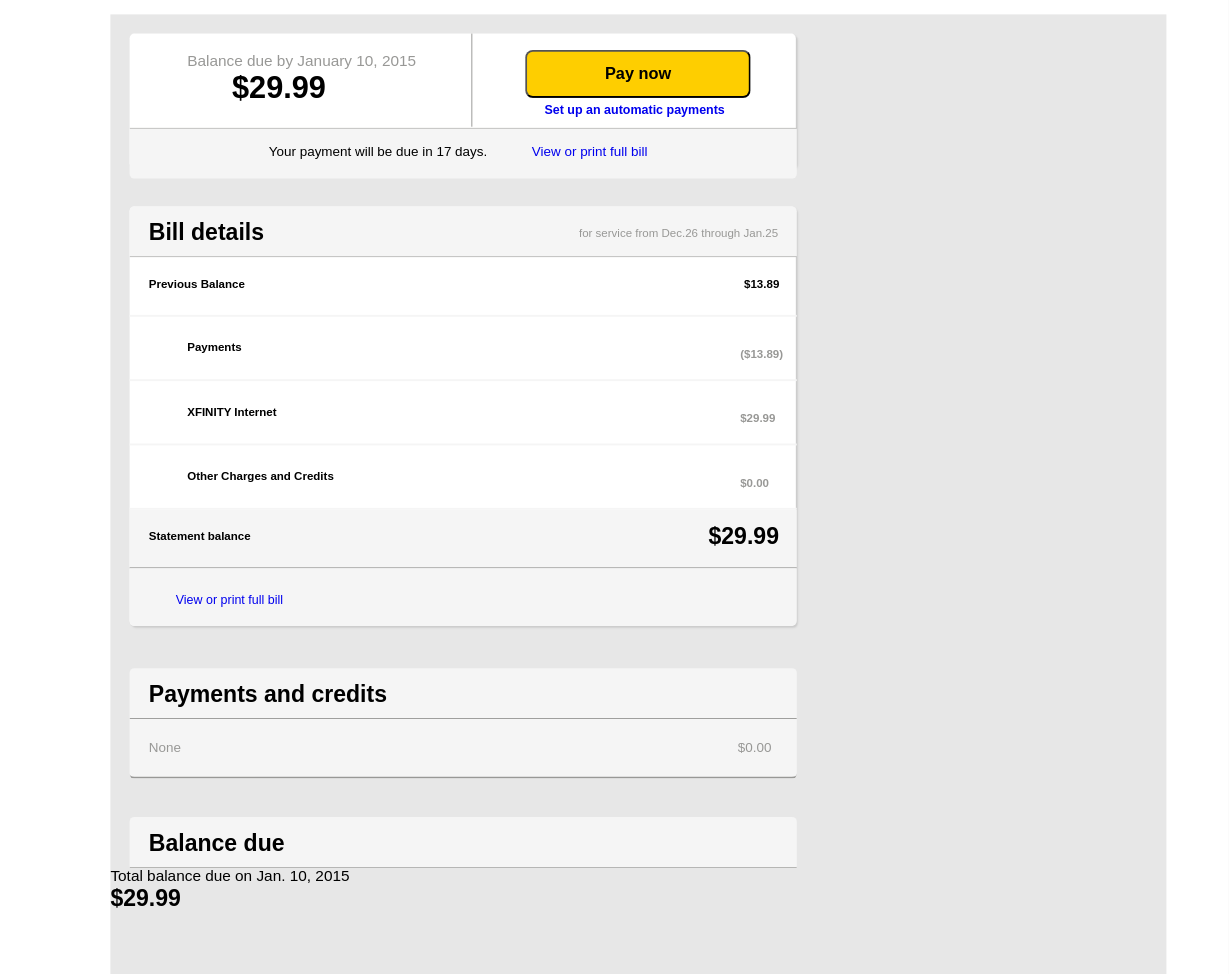
Repository: Sakivaday/UI-TSQ
Page: Aptana Studio 3 Workspace/tsq/assignment3/comcast2.html
An editor plug-in stored every save of this project. The page is shown before and after the next save, followed by the edit.
The browser window is 1280 px wide. The pictures show the whole page, at 96% of full size.
Pictures or frames that could not be fetched are drawn as grey boxes.

Above is the page before, as saved 2015-01-22 00:21:35.

After the next save:
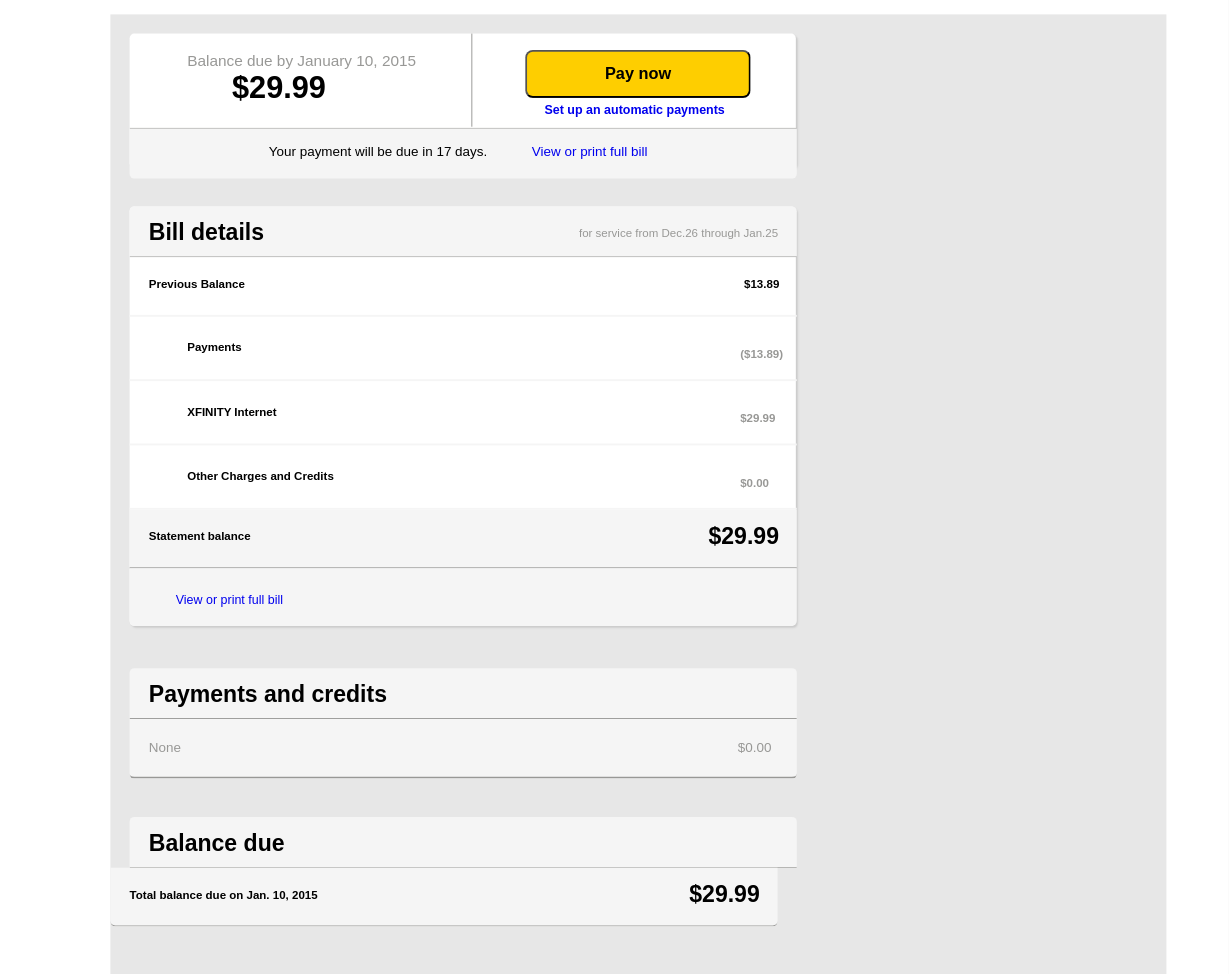
Saved 64 s later.
--- a/Aptana Studio 3 Workspace/tsq/assignment3/comcst2.css
+++ b/Aptana Studio 3 Workspace/tsq/assignment3/comcst2.css
@@ -279,3 +279,22 @@ button{
 	margin-top: 21px;
 	margin-left: 10px;
 }
+.totalbalance{
+	border-bottom: 1px solid #989896;
+	height: 60px;
+	width: 695px;
+	background-color: #F5F5F5;
+	border-radius: 0px 0px 5px 5px;
+}
+#tb{
+	margin-left:20px;
+	margin-top: 21px;
+	font-weight:600;
+	float:left;
+	font-size: 12px;
+}
+#dollar{
+	margin-left: 603px;
+	margin-top: -21px;
+	float: left;
+}
